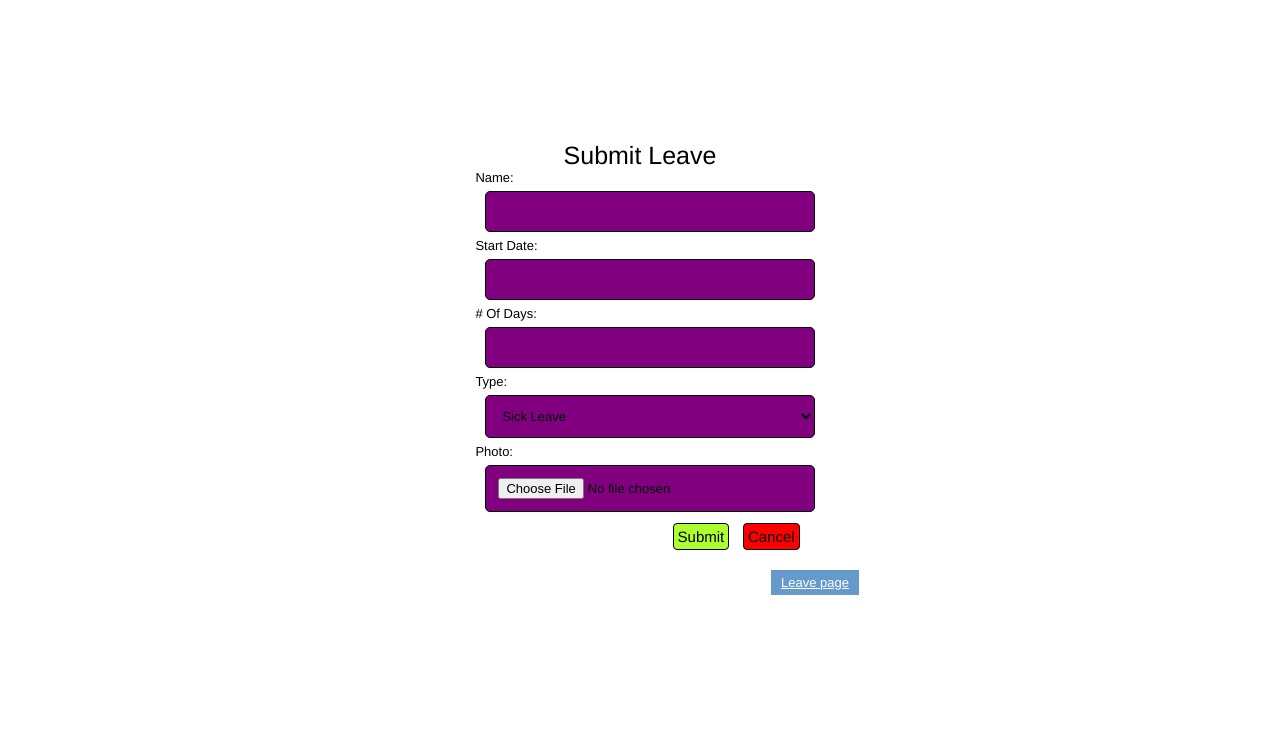
Repository: Murad71/BasicCRUD
Page: index.html
The author's editor kept a copy of each file at every save. The page is drawn from the files as they stood at one save, then again after the next save.
The browser window is 1280 px wide. The pictures show the whole page.

Above is the page before, as saved 2023-04-18 21:48:44.

After the next save:
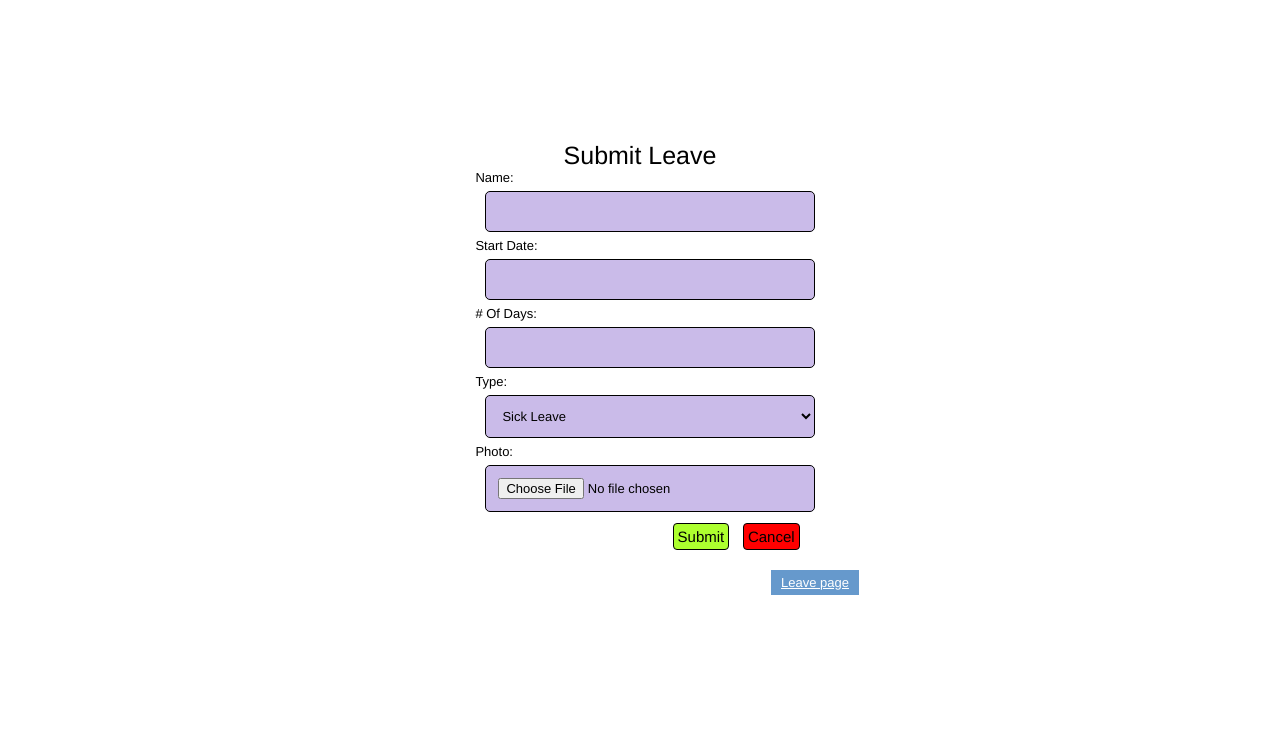
Saved 68 s later.
--- a/index.css
+++ b/index.css
@@ -38,7 +38,7 @@ textarea {
   border: 1px solid;
   border-radius: 5px;
   margin-left: 10px;
-  background-color: purple;
+  background-color: #cabbe9;
 }
 
 .button-container {
